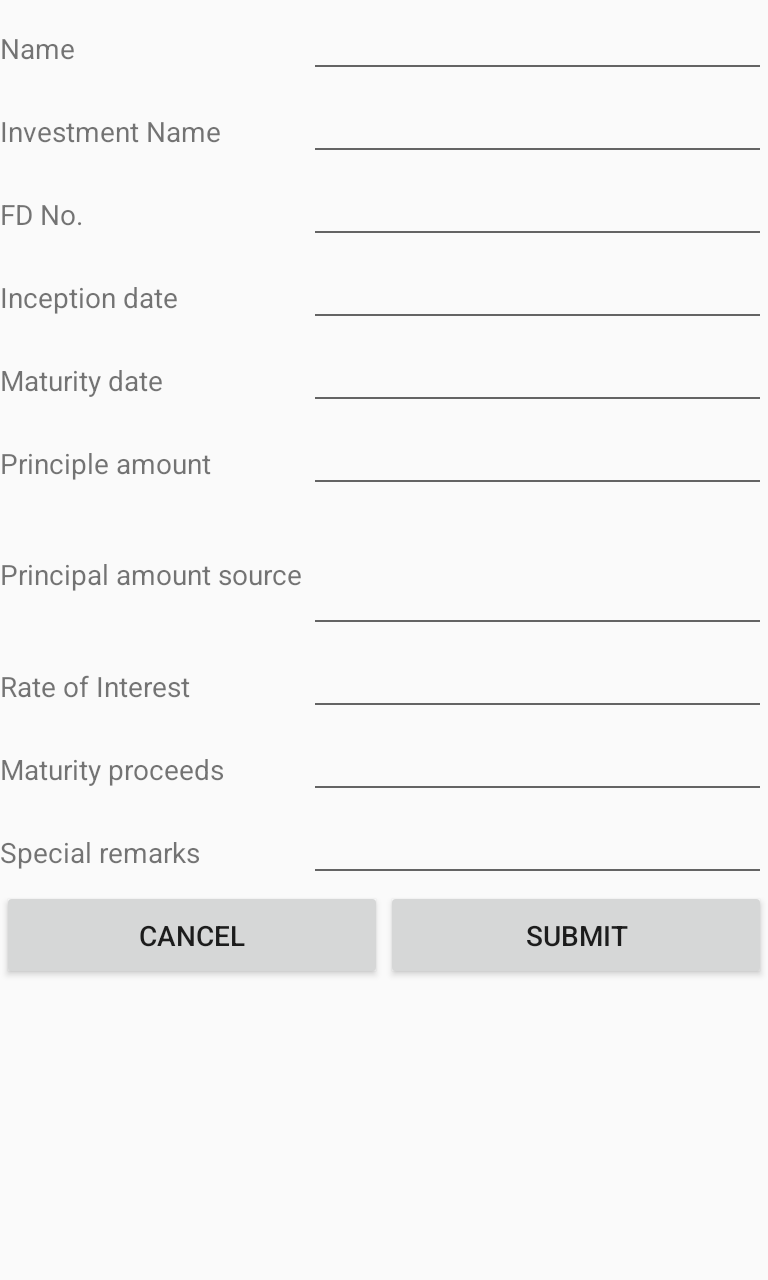
Repository: apoorvelec/AndroidApps
Layout: Investofolio/res/layout/activity_add_investment.xml
An editor plug-in stored every save of this project. The layout is shown before and after the next save, followed by the edit.
It is drawn on a 768 x 1280 px phone screen (xhdpi) without system bars, with theme AppTheme; the app's code is not run.

Above is the layout before, as saved 2017-01-06 06:30:28.

After the next save:
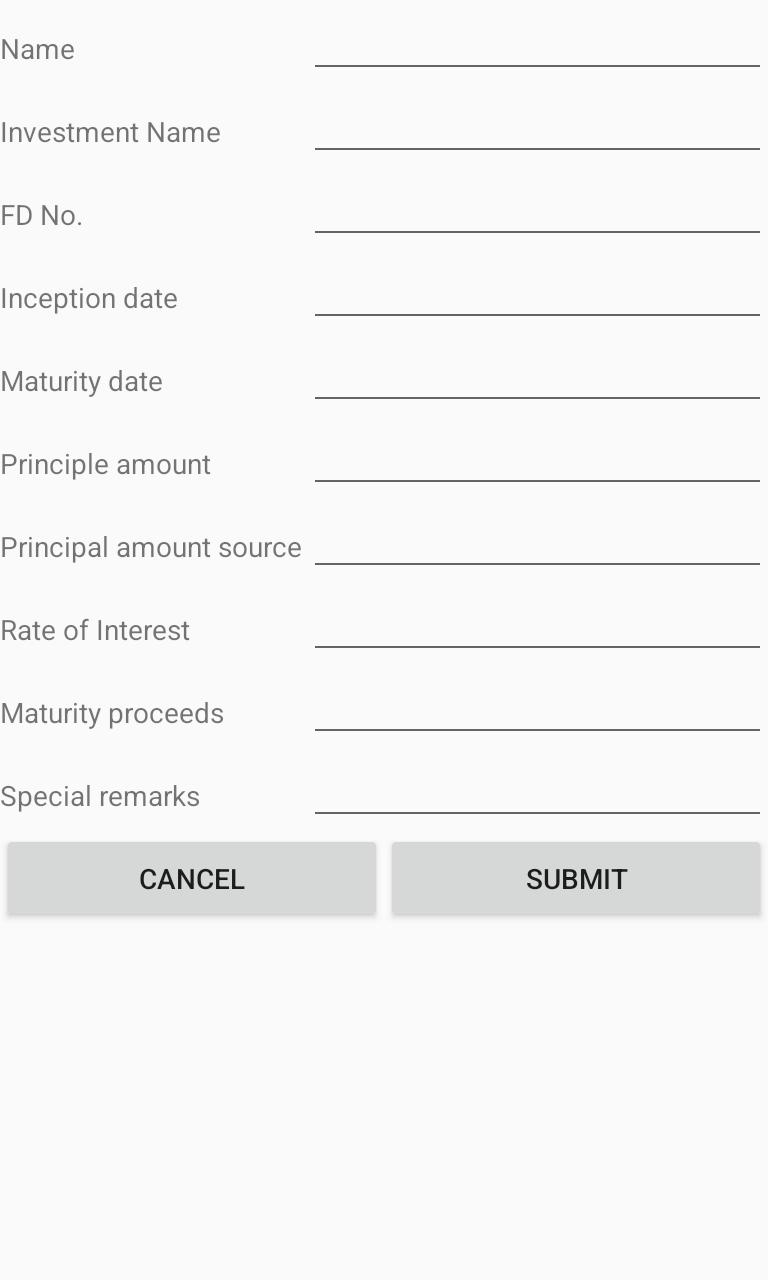
Saved 35 s later.
--- a/Investofolio/res/layout/activity_add_investment.xml
+++ b/Investofolio/res/layout/activity_add_investment.xml
@@ -141,7 +141,7 @@
         <EditText
             android:id="@+id/principal_amount_source"
             android:layout_width="0dp"
-            android:layout_height="70dp"
+            android:layout_height="wrap_content"
             android:layout_weight="0.6"
             android:ems="10" />
     </LinearLayout>
